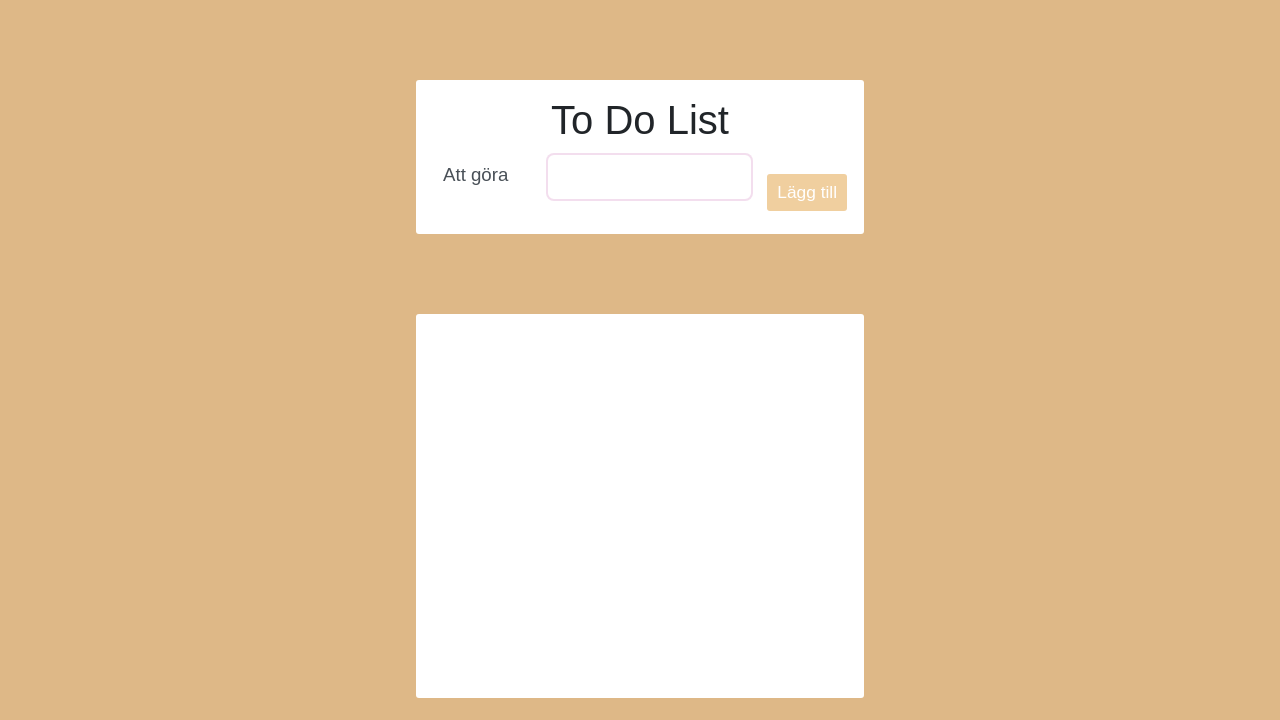
Repository: skepp4rn/todolist
Page: index.html
An editor plug-in stored every save of this project. The page is shown before and after a run of saves, followed by the edit.
The browser window is 1280 px wide. The pictures show the whole page.
The page's requests for data from a server got no answer. Some web libraries are served in a nearby version.

Above is the page before, as saved 2021-01-28 12:13:05.

After the next 4 saves:
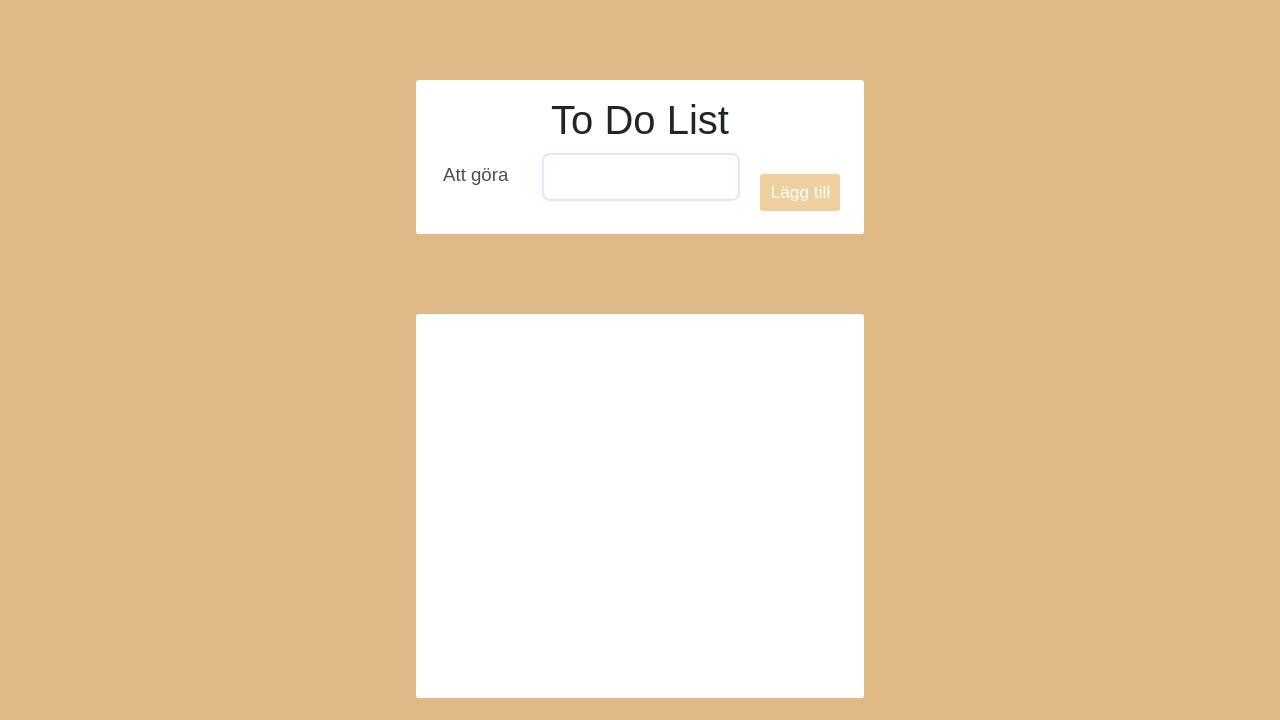
The 4 saves are shown as one change because they came seconds apart.
The last was saved 13 s later.
--- a/css/style.css
+++ b/css/style.css
@@ -119,7 +119,7 @@ body {
 
 .form {
     display: grid;
-    grid-template-columns: 4fr 1fr;
+    grid-template-columns: 3.3fr 1fr;
     justify-items: center;
     height: 60px;
 }
